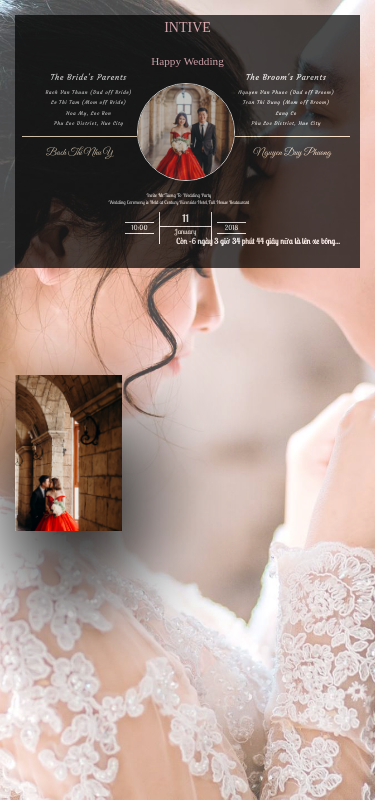
Repository: nguyenhuutuong999/WeddingOfSister
Page: wedding.html
These files come from the project's save history. The page is drawn as it stood at one moment and after the next save; the edit follows.
The browser window is 375 px wide. The pictures show the whole page.
Some web fonts or font styles are not loaded; a fallback is used.

Above is the page before, as saved 2019-09-16 21:02:58.

### wedding.html
<!doctype html>
<html>

<head>
    <meta charset="utf-8">
    <meta name="viewport" content="width=device-width, initial-scale=1">
    <title>Wedding</title>

    <!-- Latest compiled and minified CSS & JS -->

    <link rel="stylesheet" href="./style.css">


    <!-- Latest compiled and minified CSS & JS -->
    <link rel="stylesheet" media="screen" href="//netdna.bootstrapcdn.com/bootstrap/3.3.4/css/bootstrap.min.css">
    <script src="//code.jquery.com/jquery.js"></script>
    <script src="//netdna.bootstrapcdn.com/bootstrap/3.3.4/js/bootstrap.min.js"></script>

    <link rel="stylesheet" href="./animate.css">
    <script type="text/javascript" src="./wow.min.js"></script>
    <script>
        new WOW().init();
    </script>

</head>


<body>
    <div id="container">
        <div id="opacity-background"></div>

        <div id="album">

            <img name="image_vh" src="./images/vh1.jpg" class="wow slideInLeft" data-wow-duration="1s">
        </div>
        <div id="content">
            <h1 id="invite">INTIVE</h1>
            <h2 id="happy">Happy Wedding</h2>
            <div id="infor">
                <div id="bride" class="wedding">
                    <!-- // <label>Le Thi Thanh Ngan</label> -->
                    <h3>The Bride's Parents</h3>
                    <p>Bach Van Thuan (Dad off Bride)</p>
                    <p>Le Thi Tam (Mom off Bride)</p>
                    <p>Hoa My, Loc Bon</p>
                    <p>Phu Loc District, Hue City</p>

                </div>
                <div id="broom" class="wedding">
                    <!--  -->
                    <h3>The Broom's Parents</h3>
                    <p>Nguyen Van Phuoc (Dad off Broom)</p>
                    <p>Tran Thi Dung (Mom off Broom)</p>
                    <p>Lang Co</p>
                    <p>Phu Loc District, Hue City</p>

                </div>
                <!-- <canvas id="myCanvas" width="470" height="300"></canvas> -->

            </div>
            <div id="colorful">
                <h2 style="margin-left: 0px;" class="name">Bach Thi Nhu Y</h2>
                <img name="image_s" id="radius" src="./images/s1.jpg" class="wow zoomIn" data-wow-duration="1s" />
                <h2 style="margin-left: 0px;" class="name">Nguyen Duy Phuong</h2>
            </div>
            <div id="desc">
                <div style="color: white; position: relative; margin-top: 38%;">Invite Mr.Tuong To Wedding Party</div>
                <div id="place">Wedding Ceremony is Held at Century Riverside Hotel,Full House Restaurant</div>
                <div id="time">
                    <div id="hour" class="border1">10:00</div>
                    <div id="day-month">
                        <div id="day">11</div>
                        <div id="month">January</div>
                    </div>
                    <div id="year" class="border1">2018</div>
                </div>

            </div>
            <p id="countDown"></p>
        </div>

</body>

</html>
<script type="text/javascript">
    window.onload = function () {

        setTimeout("switchImageVH()", 3000);
        setTimeout("switchImageS()", 2000);
        setTimeout("switchImageHH()", 2000);
    }
    var current_vh = 1;
    var num_image_vh = 13;

    var current_s = 1;
    var num_image_s = 7

    var current_hh = 1;
    var num_image_hh = 9;

    function switchImageVH() {
        current_vh++;
        document.images['image_vh'].src = './images/vh' + current_vh + '.jpg';

        if (current_vh < num_image_vh) {
            setTimeout("switchImageVH()", 3000);

        } else if (current_vh == num_image_vh) {

            current_vh = 1;
            setTimeout("switchImageVH()", 3000);
        }


    }
    function switchImageS() {
        current_s++;
        document.images['image_s'].src = './images/s' + current_s + '.jpg';

        if (current_s < num_image_s) {
            setTimeout("switchImageS()", 4000);

        } else if (current_s == num_image_s) {
            current_s = 1;
            setTimeout("switchImageS()", 4000);
        }
    }
    function switchImageHH() {
        current_hh++;
        document.images['image_s'].src = './images/s' + current_hh + '.jpg';

        if (current_hh < num_image_s) {
            setTimeout("switchImageS()", 4000);

        } else if (current_hh == num_image_s) {
            current_hh = 1;
            setTimeout("switchImageS()", 4000);
        }
    }


    var dateWedding = {

        date: 10,
        hour: 23,
        minutes: 59,
        second: 59,
    }

    setInterval(function () {
        var today = new Date();
        var date = "Còn " + (dateWedding.date - today.getDate()) + " ngày " + (dateWedding.hour - today.getHours()) + " giờ " + (dateWedding.minutes - today.getMinutes()) + " phút " + (dateWedding.second - today.getSeconds() + " giây nữa là lên xe bông...");
        document.getElementById("countDown").innerHTML = date;
    }, 1000);



    // var canvas = document.getElementById('myCanvas');
    // var context = canvas.getContext('2d');

    // // Xác đinh tâm là trọng tâm của Canvas
    // var x = canvas.width / 2;
    // var y = canvas.height / 2;

    // // bán kính 75px
    // var radius = 130;

    // // Góc bắt đầu là 1.1PI
    // var startAngle = 1.1 * Math.PI;

    // // Góc kết thúc là 1.9PI
    // var endAngle = 1.9 * Math.PI;

    // // Cùng chiều kim đồng hồ
    // var counterClockwise = false;

    // // Vẽ đường cung
    // context.beginPath();
    // context.arc(x, y, radius, startAngle, endAngle, counterClockwise);
    // context.lineWidth = 1.5;

    // // line color
    // context.strokeStyle = 'blanchedalmond';
    // context.stroke();


</script>

### style.css
@import url('https://fonts.googleapis.com/css?family=Great+Vibes&display=swap');
@import url('https://fonts.googleapis.com/css?family=Cookie&display=swap');
@import url('https://fonts.googleapis.com/css?family=Courgette&display=swap');
@import url('https://fonts.googleapis.com/css?family=Berkshire+Swash|Great+Vibes&display=swap');
@import url('https://fonts.googleapis.com/css?family=Lobster+Two&display=swap');
body,html{
    top:0;
    margin: 0;
    padding: 0;
    font-family: Impact, Haettenschweiler, 'Arial Narrow Bold', sans-serif;
    width: 100%;
    height: 100%;
}

#container{
    display: flex;
    background-image: url("./images/wedding6.jpg.png");
    background-repeat: repeat;
    background-size: cover;
    width: 100%;
    height: 100%;
    position: relative;
}
#opacity-background{

    position: absolute;
    top: 0;
    left: 0;
    width: 100%;
    height: 100%;
    background:white;
    opacity: 0.3;

}

#content{

    position: relative;
    background: rgb(0, 0, 0);
    opacity: 0.7;
    width: 59%;
    margin: 4% 1% 4% 0;

}
#album {
    width: 30%;
    position: relative;
    margin: 4% 1% 4% 4%;
}
#album img{

    width: 95%;
    box-shadow: 10px 50px 100px 10px black;
}

#invite{
    font-family: 'Berkshire Swash', cursive;
    color: pink;
    text-align: center;
    font-size: 40px;
}
#happy{
    font-family: 'Berkshire Swash', cursive;
    color: pink;
    text-align: center;
}
#infor{
    color: white;
    font-family: 'Courgette', cursive;
    font-size: 10px;
    display: flex;
    position: absolute;
    padding: 10px 50px;
    width: 100%;
}
.wedding{
    width: calc(100%/2);
    letter-spacing: 2px;
    text-align: center;
    line-height: 5px;
}
#colorful{
    color: white;
    font-family: 'Great Vibes', cursive;
    display: flex;
    margin-top: 0px;
    position: absolute;
    text-align: center;
    width: 95%;
    align-items: center;
    margin-top: 50px;
    margin-left: 2%;

}
.name{
    border-style: solid;
    border-width: 1px 0 0 0;
    padding:  20px 0;
    margin-top: 50px;
    color: blanchedalmond;
    width: 35%;
    font-size: 25px;
}
#radius{
    border-radius: 100%;
    border: solid 1.5px white;
    width: 30%;
}

#desc{
    position: relative;
    color: white;
    font-family: 'Lobster Two', cursive;
    font-size: 20px;
    margin-top: 00%;
    text-align: center;
    width: 95%;
}



#time{
    display: flex;
    position: relative;
    width: 40%;
    margin-left: 41%;
}
#hour{
    margin: 40px 5px;
}

#year{

    margin: 40px 5px;
}
.border1{
    border-style: solid;
    border-width: 0.1px 0;
    width: 50px;
}
#day-month{
    border-style: solid;
    border-width: 0 1.5px;
    width: 90px;
    margin: 20px 0;
}
#day{
    border-style: solid;
    border-width: 0 0 1px 0;
    width: 89px;

    font-size: 30px;
    font-weight: bold;
}
/* #myCanvas{
    position: absolute;
    margin-top: 110px;
    margin-left: 185px;


} */

#bride{
    margin-left: 10px;
}
#broom{
    margin-left: 200px;
}
#countDown{
    position: relative;
    font-family: 'Lobster Two', cursive;
    color: white;
    text-align: right;
    font-size: 20px;
    font-weight: bold;
    margin-top: 0%;

    padding: 20px;
}

@media only screen and (max-width: 600px) {

    #container{
        display: inline-block;
        background-image: url("./images/wedding5.jpg");
        background-repeat: repeat;
        background-size: cover;
        width: 100%;
        height: 100%;
        position: relative;
    }
    #invite{
        position: relative;
        margin-top: 5px;
        padding: 5px;
        font-size: 1em;
    }
    #happy{
        font-size: 0.8em;
        margin-top: 15px;
    }
    #infor{
        margin-top: -30px;
        font-size: 5px;
        padding: 5px 10px;
    }
    .wedding h3{
        font-size: 8px;
    }
    .wedding{
        width: calc(100%);
        letter-spacing: 0.5px;
        font-size:5px;
        line-height: 0.5px;
    }
    #album img{

        width: 90%;
        box-shadow: 10px 50px 100px 10px black;
    }
    #bride{
        margin-left: 0px;
    }
    #broom{
        margin-left: 70px;
    }
    #colorful{
        width: 95%;
        margin-top: 5px;
        margin-left: 2%;

    }
    .name{
        padding:  10px 0;
        font-size: 10px;
    }
    #radius{
        border: solid 0.5px white;
    }

    #desc{
        position: relative;
        color: white;
        font-family: 'Lobster Two', cursive;
        font-size: 5px;
        margin-top: 30%;
        text-align: center;
        width: 95%;
    }

    #time{
        display: flex;
        position: relative;
        width: 40%;
        margin-left: 32%;
        margin-top: -30px;
        font-size: 7px;
    }
    #hour{
        margin: 45px 5px;
    }

    #year{

        margin: 45px 5px;
    }

    #day-month{
        border-width: 0 1px;
        width: 90px;
        margin: 35px 0;
    }
    #day{
        width: 100%;
        font-size: 10px;

    }
    #countDown{

        font-size: 8px;
        margin-top: -18%;

    }
    #content{

        position: relative;
        background: rgb(0, 0, 0);
        opacity: 0.7;
        width: 92%;
        margin: 4%;

    }
    #album {
        width: 30%;
        position: absolute;
        margin: 100% 1% 4% 4%;
    }
    #album img{

        width: 95%;
        box-shadow: 10px 50px 100px 10px black;
    }
  }

/* @media only screen and (max-width: 600px) {
    #invite{
        margin-top: 5px;
        font-size: 1em;
    }
    #happy{
        font-size: 0.8em;
        margin-top: -10px;
    }
    #infor{
        margin-top: -30px;
        font-size: 5px;
        padding: 5px 10px;
    }
    .wedding h3{
        font-size: 8px;
    }
    .wedding{
        width: calc(100%);
        letter-spacing: 0.5px;
        font-size:5px;
        line-height: 0.5px;
    }
    #album img{

        width: 90%;
        box-shadow: 10px 50px 100px 10px black;
    }
    #bride{
        margin-left: 0px;
    }
    #broom{
        margin-left: 70px;
    }
    #colorful{
        width: 95%;
        margin-top: 5px;
        margin-left: 2%;

    }
    .name{
        padding:  10px 0;
        font-size: 10px;
    }
    #radius{
        border: solid 0.5px white;
    }

    #desc{
        position: relative;
        color: white;
        font-family: 'Lobster Two', cursive;
        font-size: 5px;
        margin-top: 30%;
        text-align: center;
        width: 95%;
    }

    #time{
        display: flex;
        position: relative;
        width: 40%;
        margin-left: 32%;
        margin-top: -30px;
        font-size: 7px;
    }
    #hour{
        margin: 45px 5px;
    }

    #year{

        margin: 45px 5px;
    }

    #day-month{
        border-width: 0 1px;
        width: 90px;
        margin: 35px 0;
    }
    #day{
        width: 100%;
        font-size: 10px;

    }
    #countDown{

        font-size: 8px;
        margin-top: -18%;

    }#content{

        position: relative;
        background: rgb(0, 0, 0);
        opacity: 0.7;
        width: 61%;
        margin: 4% 1px 0% 0;

    }
    #album {
        width: 30%;
        position: relative;
        margin: 4% 1% 4% 4%;
    }
    #album img{

        width: 95%;
        box-shadow: 10px 50px 100px 10px black;
    }
  } */

Loaded but not shown: animate.css (library); wow.min.js (library)

After the next save:
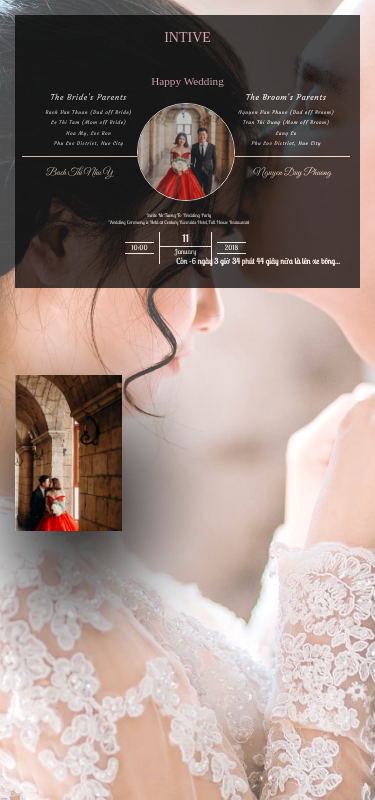
Saved 5 s later.
--- a/style.css
+++ b/style.css
@@ -192,7 +192,7 @@ body,html{
     #invite{
         position: relative;
         margin-top: 5px;
-        padding: 5px;
+        padding: 15px;
         font-size: 1em;
     }
     #happy{
